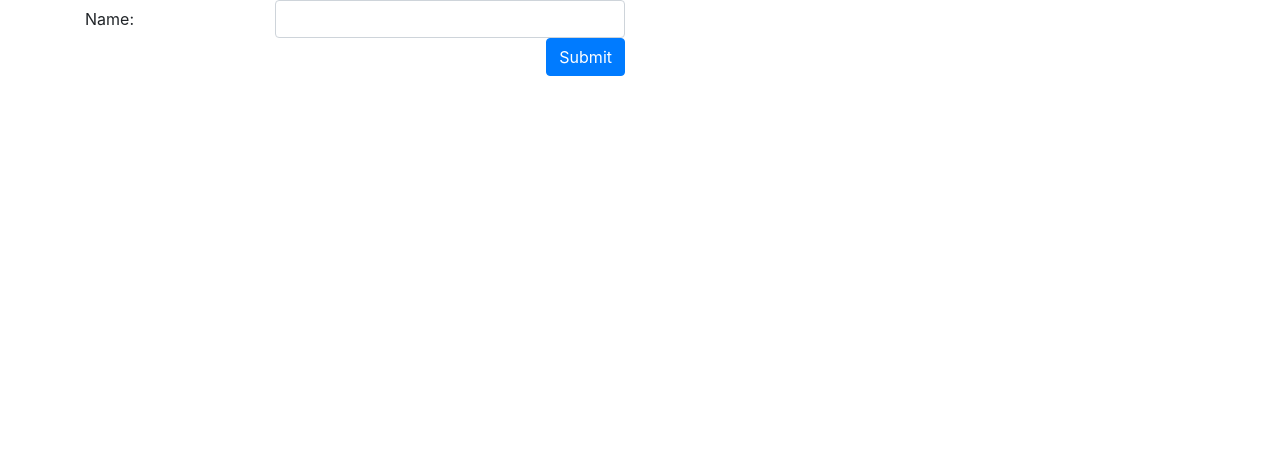
Repository: roistyx/ask-ChatGBT-travel-recommendations
Page: Backend/src/views/main.html
These files come from the project's save history. The page is drawn as it stood at one moment and after the next save; the edit follows.
The browser window is 1280 px wide. The pictures show the whole page.

Above is the page before, as saved 2023-03-20 11:35:53.

### Backend/src/views/main.html
<!DOCTYPE html>
<html>

<head>
    <title>Horizontal Bootstrap Form</title>
    <link rel="stylesheet" href="https://stackpath.bootstrapcdn.com/bootstrap/4.3.1/css/bootstrap.min.css">
</head>

<body>
    <div class="container">
        <form class="form-horizontal">
            <div class="form-group row">
                <label for="name-input" class="col-sm-2 col-form-label">Name:</label>
                <div class="col-sm-4">
                    <input type="text" class="form-control" id="name-input"> <button type="submit" class="btn btn-primary float-right">Submit</button>

                </div>
            </div>

            <div class="form-group row">
                <div class="col-sm-10 offset-sm-2">

                </div>
            </div>
        </form>
    </div>
</body>

</html>

After the next save:
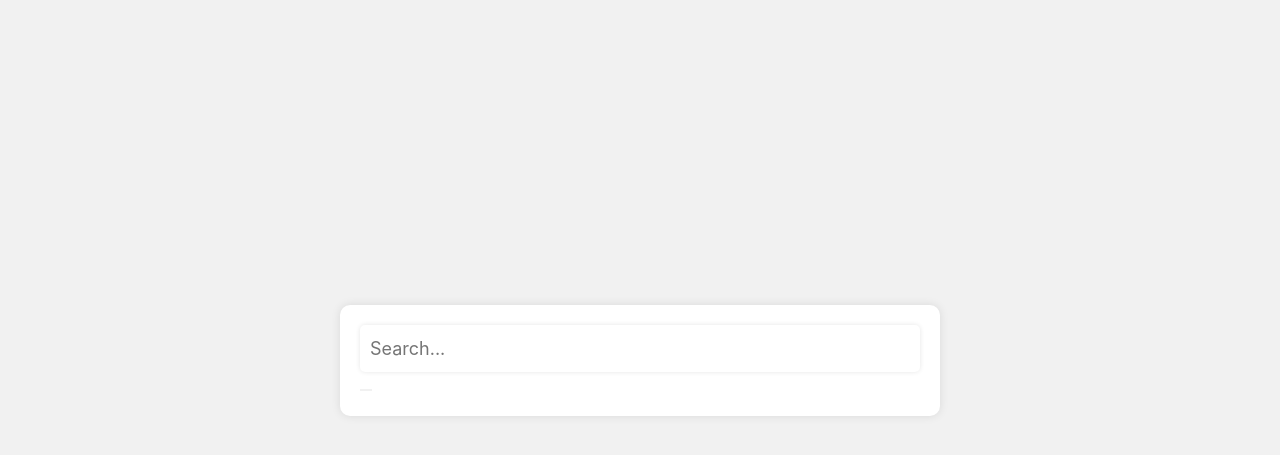
Saved 74 s later.
--- a/Backend/src/views/main.html
+++ b/Backend/src/views/main.html
@@ -2,26 +2,62 @@
 <html>
 
 <head>
-    <title>Horizontal Bootstrap Form</title>
+    <title>Google-like Bootstrap Search Form</title>
     <link rel="stylesheet" href="https://stackpath.bootstrapcdn.com/bootstrap/4.3.1/css/bootstrap.min.css">
+    <style>
+        body {
+            background-color: #f1f1f1;
+        }
+
+        .search-container {
+            display: flex;
+            justify-content: center;
+            align-items: center;
+            height: 100vh;
+        }
+
+        .search-box {
+            width: 100%;
+            max-width: 600px;
+            margin: 0 auto;
+            padding: 20px;
+            background-color: #fff;
+            border-radius: 10px;
+            box-shadow: 0px 0px 10px rgba(0, 0, 0, 0.1);
+        }
+
+        .search-box input[type=text] {
+            width: 100%;
+            padding: 10px;
+            border: none;
+            border-radius: 5px;
+            box-shadow: 0px 0px 5px rgba(0, 0, 0, 0.1);
+            font-size: 18px;
+        }
+
+        .search-box input[type=submit] {
+            display: none;
+        }
+
+        .search-box button {
+            background-color: #f1f1f1;
+            border: none;
+            color: #888;
+            font-size: 18px;
+            cursor: pointer;
+        }
+
+        .search-box button:hover {
+            color: #000;
+        }
+    </style>
 </head>
 
 <body>
-    <div class="container">
-        <form class="form-horizontal">
-            <div class="form-group row">
-                <label for="name-input" class="col-sm-2 col-form-label">Name:</label>
-                <div class="col-sm-4">
-                    <input type="text" class="form-control" id="name-input"> <button type="submit" class="btn btn-primary float-right">Submit</button>
-
-                </div>
-            </div>
-
-            <div class="form-group row">
-                <div class="col-sm-10 offset-sm-2">
-
-                </div>
-            </div>
+    <div class="search-container">
+        <form class="search-box" action="https://www.google.com/search" method="get">
+            <input type="text" name="q" placeholder="Search...">
+            <button type="submit"><i class="fa fa-search"></i></button>
         </form>
     </div>
 </body>
